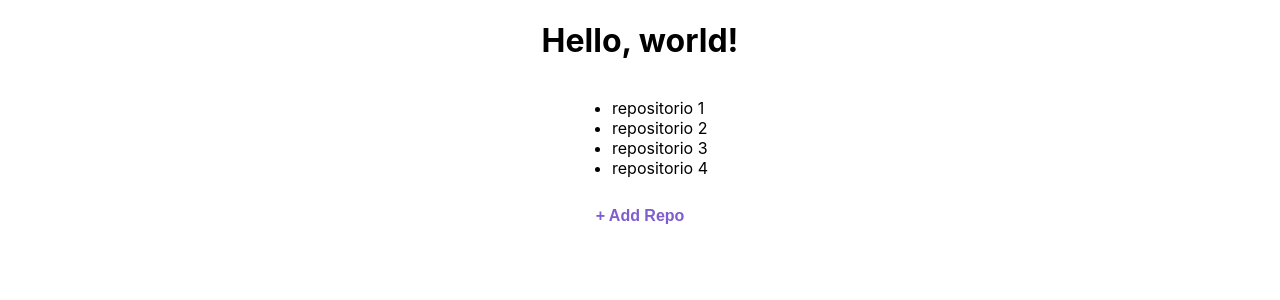
Repository: thiagolucio/react-hooks-use
Page: /
An editor plug-in stored every save of this project. The page is shown before and after the next save, followed by the edit.
The browser window is 1280 px wide. The pictures show the whole page.
The pointer rests on the first visible `.buttonApp`.
The project was rebuilt for these pictures with package versions that can differ from the ones it lists, and the page was loaded fresh each time.

Above is the page before, as saved 2022-03-08 17:03:56.

After the next save:
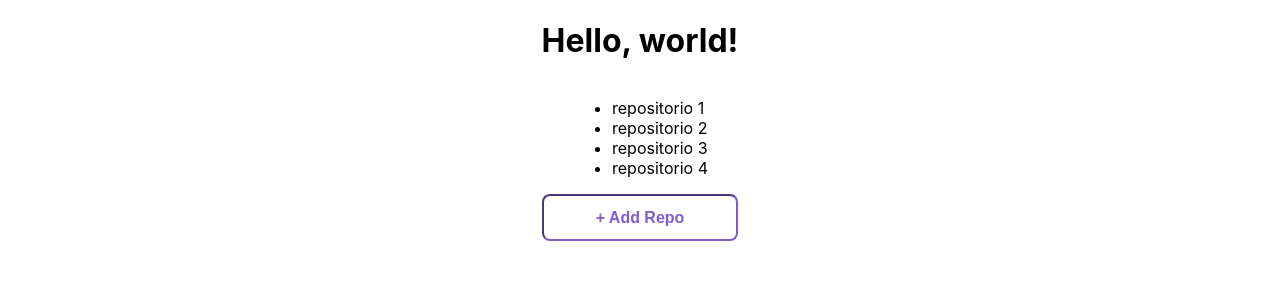
Saved 13 s later.
--- a/src/Components/UseStateExample.css
+++ b/src/Components/UseStateExample.css
@@ -10,7 +10,7 @@
 
 .buttonApp:hover {
     background-color: white;
-    border: 2px unset #7f5dce;
+    border: 2px inset #7f5dce;
     color: #7f5dce;
     transition: all 0.5s ease-in;
     cursor: pointer;

After the save that followed:
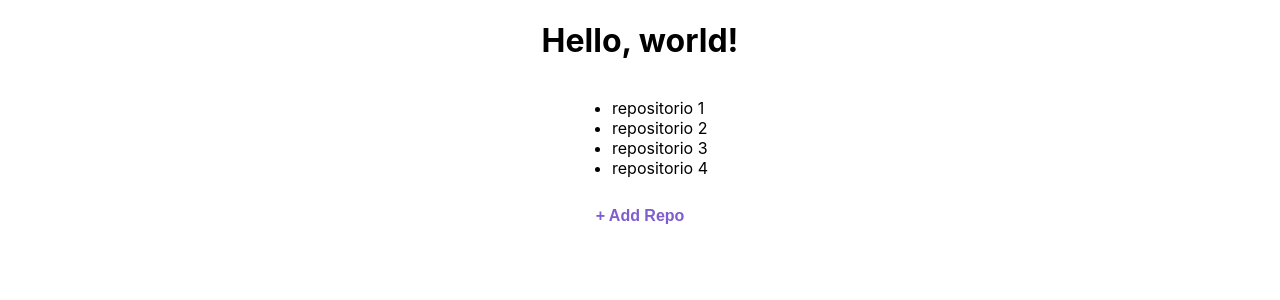
Saved 8 s later.
--- a/src/Components/UseStateExample.css
+++ b/src/Components/UseStateExample.css
@@ -10,7 +10,7 @@
 
 .buttonApp:hover {
     background-color: white;
-    border: 2px inset #7f5dce;
+    border: 2px inside #7f5dce;
     color: #7f5dce;
     transition: all 0.5s ease-in;
     cursor: pointer;
